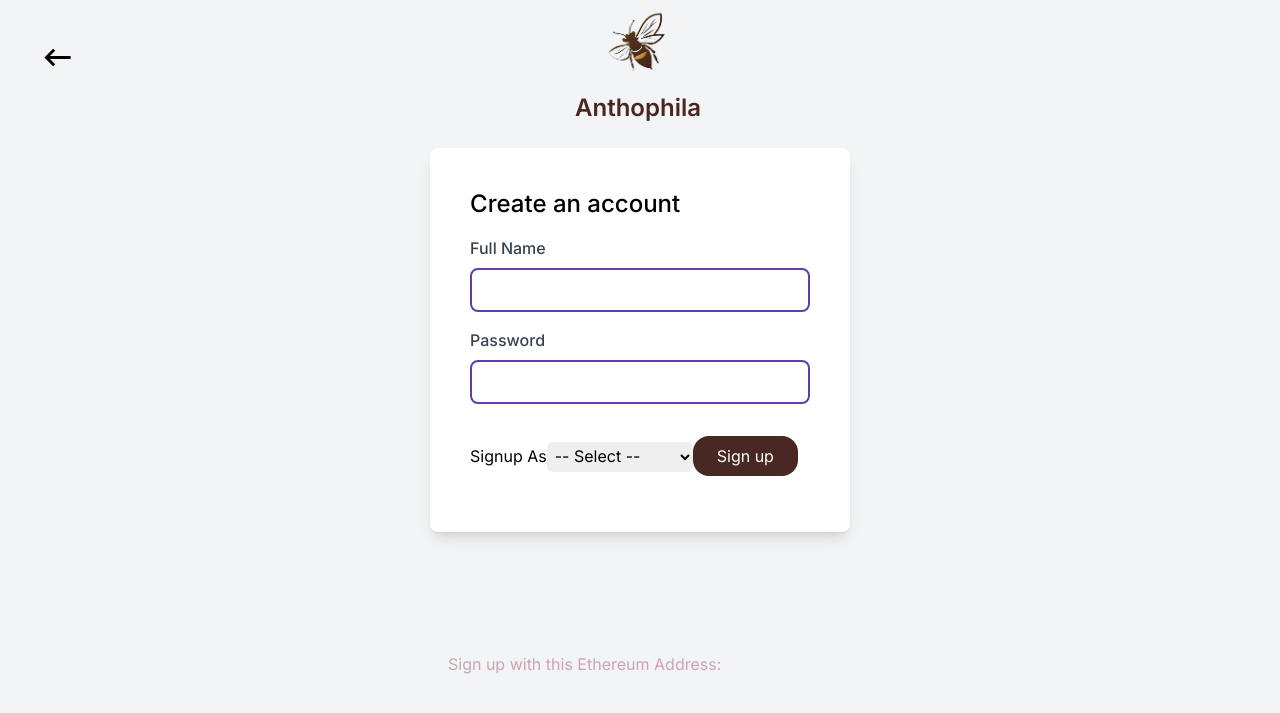
Repository: marcusdashe/anthophila
Page: /signup
These files come from the project's save history. The page is drawn as it stood at one moment and after the next save; the edit follows.
The browser window is 1280 px wide. The pictures show the whole page.
The project was rebuilt for these pictures with package versions that can differ from the ones it lists, and the page was loaded fresh each time. The framework's server and built-in components were replaced by stand-ins that run in the browser. Also part of the build but not shown: next.config.js.

Above is the page before, as saved 2023-03-11 17:15:17.

After the next save:
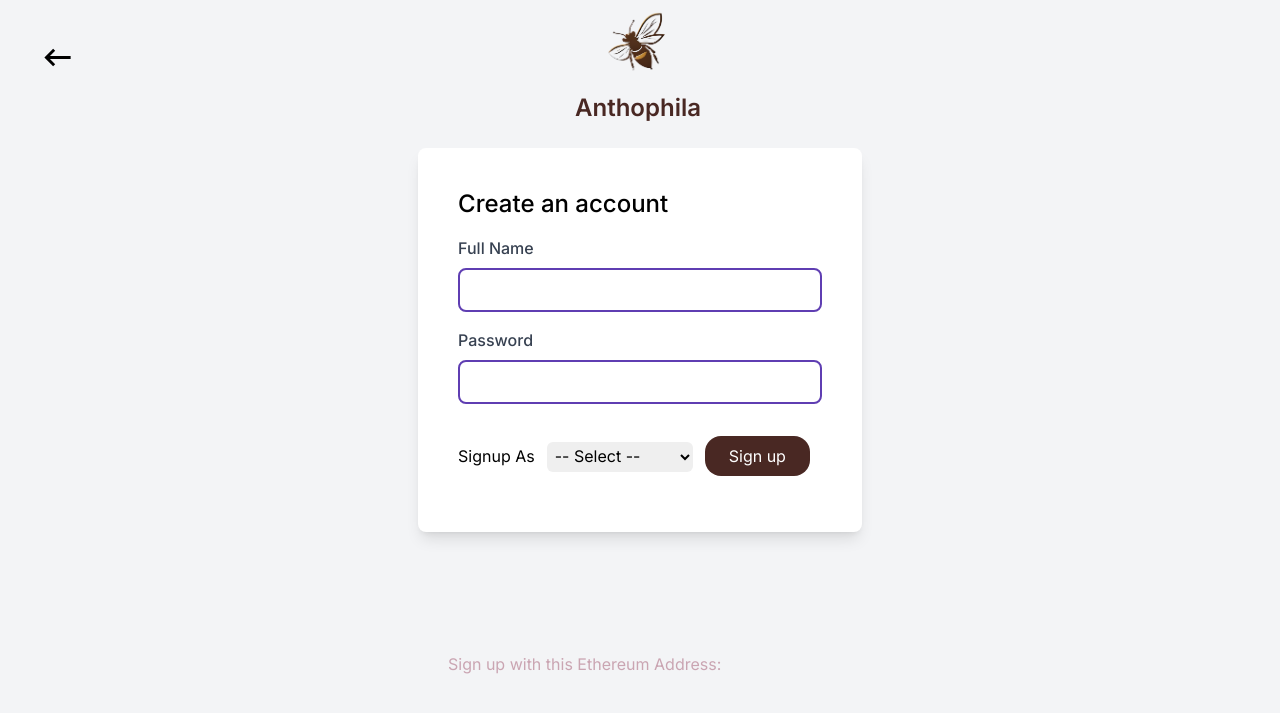
Saved 10 s later.
--- a/pages/signup.js
+++ b/pages/signup.js
@@ -101,7 +101,7 @@ const Signup = () => {
             id="signupAs"
             value={signupAs}
             onChange={(e) => setSignupAs(e.target.value)}
-            className="border-1 rounded-md p-1 focus:outline-none focus:ring-2 focus:ring-[#492823]"
+            className="border-1 mx-3 rounded-md p-1 focus:outline-none focus:ring-2 focus:ring-[#492823]"
             required
           >
             <option value="">-- Select --</option>
